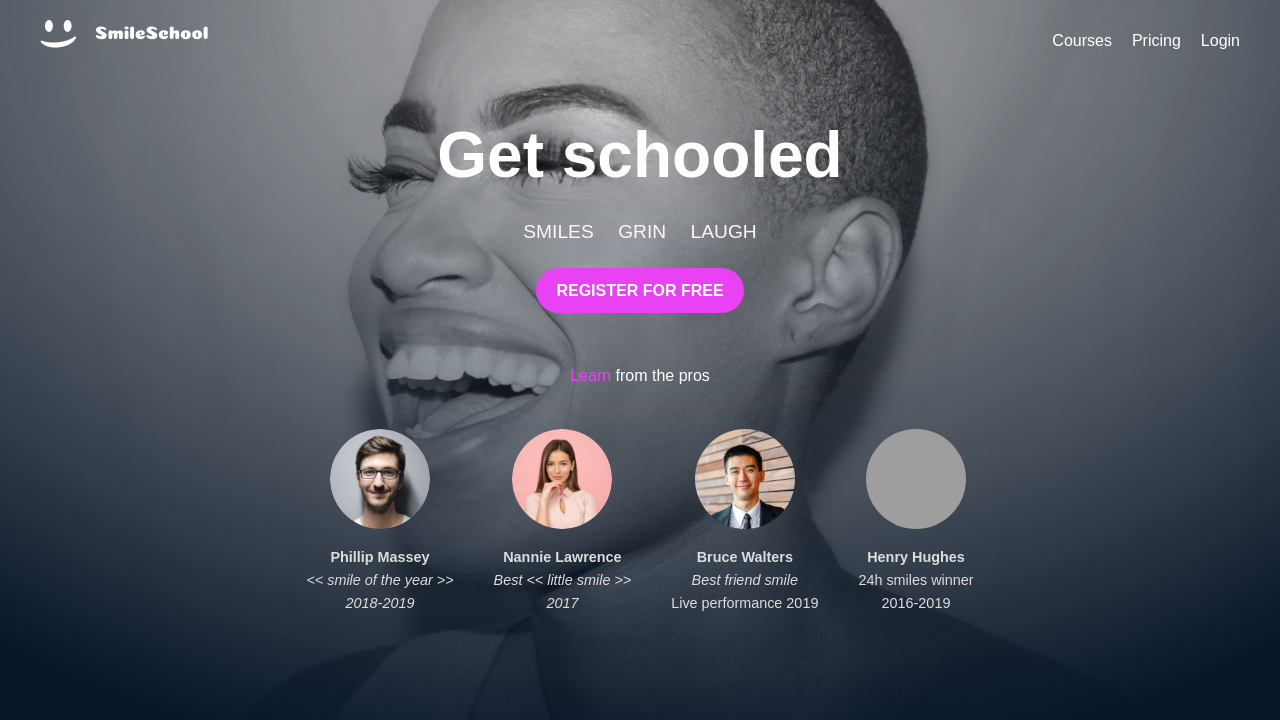
Repository: Patience225/alx_html_css
Page: css_advanced/index.html
These files come from the project's save history. The page is drawn as it stood at one moment and after a run of saves; the edit follows.
The browser window is 1280 px wide. The pictures show the whole page.
Pictures or frames that could not be fetched are drawn as grey boxes.

Above is the page before, as saved 2025-01-03 21:49:50.

### css_advanced/index.html
<!DOCTYPE html>
<html lang="en">
<head>
    <meta charset="UTF-8">
    <meta name="viewport" content="width=device-width, initial-scale=1.0">
    <title>SmileSchool</title>
    <link rel="stylesheet" href="styles.css">
</head>
<body>
    <header class="header">
        <nav class="navbar">
            <div class="logo"> <img src="images/logo.png" alt="Logo" /></div>
            <ul class="nav-links">
                <li><a href="#">Courses</a></li>
                <li><a href="#">Pricing</a></li>
                <li><a href="#">Login</a></li>
            </ul>
        </nav>
    </header>

    <section class="banner">
        <div class="banner-content">
            <h1>Get schooled</h1>
            <div class="subtext">
                <span>SMILES</span>
                <span>GRIN</span>
                <span>LAUGH</span>
            </div>
            <a href="#" class="cta-button">REGISTER FOR FREE</a>
        </div>
        <div class="learn-pros">
            <p> <span>Learn</span> from the pros </p>
        </div>
        <div class="profiles">
            <div class="profile">
                <img src="images/Philip Massey.png" alt="Phillip Massey">
                <p><strong>Phillip Massey</strong><br> <em> << smile of the year >> </em> <br> <em>2018-2019</em> </p>
            </div>
            <div class="profile">
                <img src="images/Nannie Lawrence.png" alt="Nannie Lawrence">
                <p><strong>Nannie Lawrence</strong><br><em>Best << little smile >> </em><br><em>2017</em></p>
            </div>
            <div class="profile">
                <img src="images/Bruce Walters.png" alt="Bruce Walters">
                <p><strong>Bruce Walters</strong><br><em>Best friend smile</em><br>Live performance 2019</p>
            </div>
            <div class="profile">
                <img src="profile4.jpg" alt="Henry Hughes">
                <p><strong>Henry Hughes</strong><br>24h smiles winner<br>2016-2019</p>
            </div>
        </div>
    </section>
</body>
</html>

### css_advanced/styles.css
/* Reset Styles */
* {
  margin: 0;
  padding: 0;
  box-sizing: border-box;
}

body {
  font-family: Arial, sans-serif;
  line-height: 1.6;
  background: #000; /* Fallback background */
  color: white;
}

/* Header */
.header {
  position: absolute;
  top: 0;
  left: 0;
  width: 100%;
  z-index: 10;
  padding: 20px 40px;
}

.navbar {
  display: flex;
  justify-content: space-between;
  align-items: center;
}

.logo {
  font-size: 1.5rem;
  font-weight: bold;
}

.nav-links {
  list-style: none;
  display: flex;
  gap: 20px;
}

.nav-links li a {
  text-decoration: none;
  color: white;
  font-weight: 500;
}

/* Banner Section */
.banner {
  background: url('images/Object.png') no-repeat center/cover;
  height: 100vh;
  display: flex;
  flex-direction: column;
  align-items: center;
  justify-content: center;
  text-align: center;
  position: relative;
  color: white;
}

.banner h1 {
  font-size: 4rem;
  font-weight: bold;
  margin-bottom: 10px;
}

.subtext span {
  margin: 0 10px;
  font-size: 1.2rem;
  color: #fbf7f7;
}

.cta-button {
  display: inline-block;
  background: #e942f5;
  color: white;
  padding: 10px 20px;
  text-decoration: none;
  border-radius: 25px;
  margin: 20px 0;
  font-weight: bold;
}

.learn-pros {
  margin-top: 30px;
}

.learn-pros span {
  color: #e942f5;
}

.profiles {
  display: flex;
  justify-content: center;
  gap: 40px;
  margin-top: 40px;
}

.profile {
  text-align: center;
}

.profile img {
  width: 100px;
  height: 100px;
  border-radius: 50%;
  margin-bottom: 10px;
}

.profile p {
  font-size: 0.9rem;
  color: #ddd;
}

After the next 3 saves:
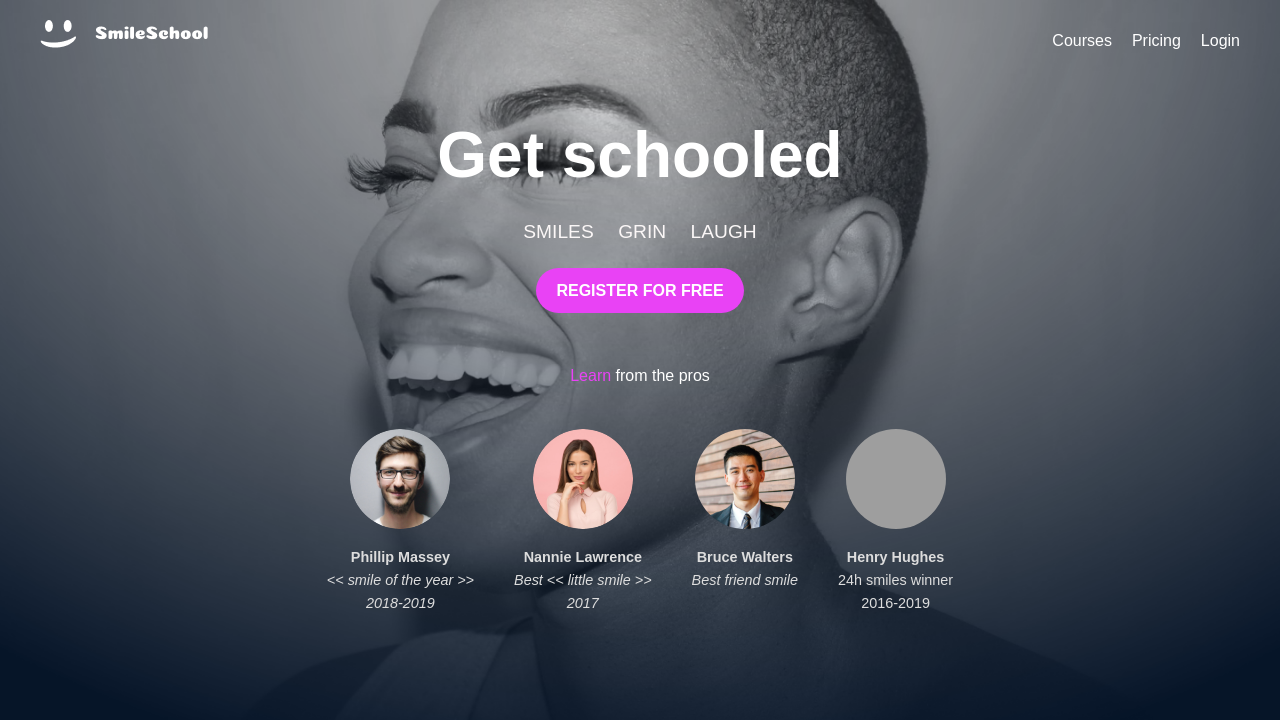
The 3 saves are shown as one change because they came seconds apart.
The last was saved 17 s later.
--- a/css_advanced/index.html
+++ b/css_advanced/index.html
@@ -42,7 +42,7 @@
             </div>
             <div class="profile">
                 <img src="images/Bruce Walters.png" alt="Bruce Walters">
-                <p><strong>Bruce Walters</strong><br><em>Best friend smile</em><br>Live performance 2019</p>
+                <p><strong>Bruce Walters</strong><br><em>Best friend smile</em><br><em></em></p>
             </div>
             <div class="profile">
                 <img src="profile4.jpg" alt="Henry Hughes">

After the save that followed:
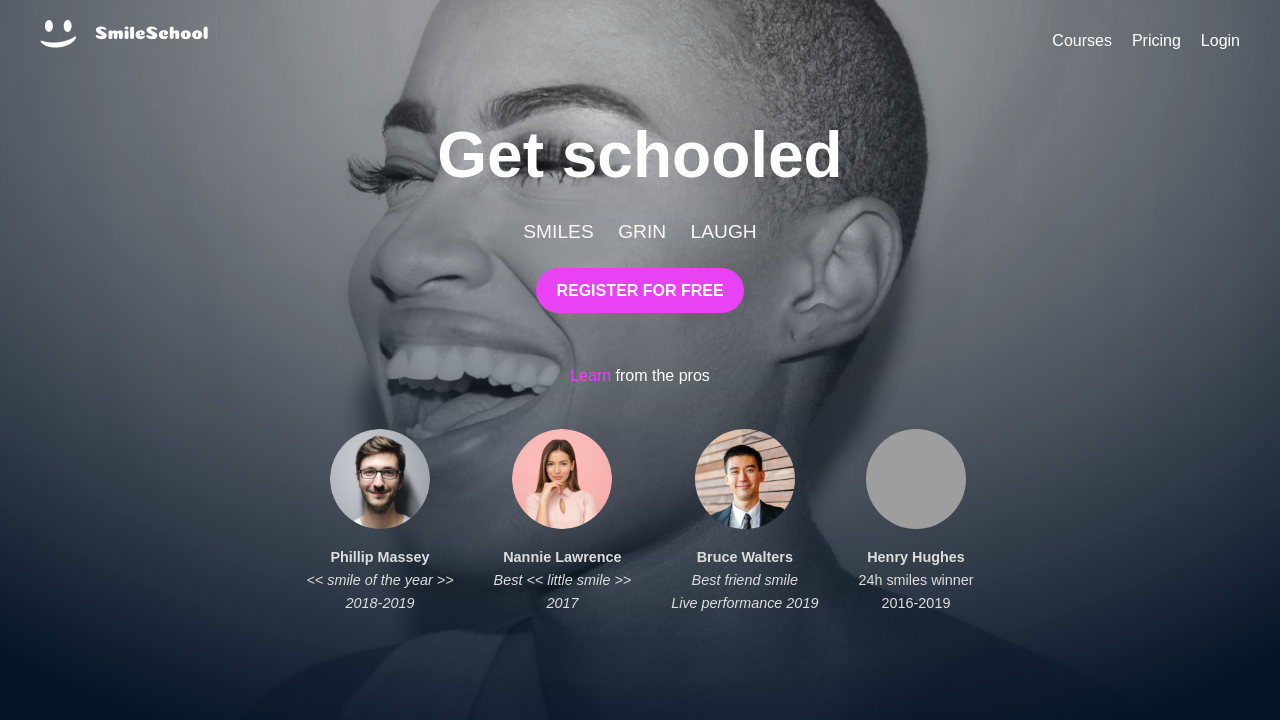
Saved 4 s later.
--- a/css_advanced/index.html
+++ b/css_advanced/index.html
@@ -42,7 +42,7 @@
             </div>
             <div class="profile">
                 <img src="images/Bruce Walters.png" alt="Bruce Walters">
-                <p><strong>Bruce Walters</strong><br><em>Best friend smile</em><br><em></em></p>
+                <p><strong>Bruce Walters</strong><br><em>Best friend smile</em><br><em>Live performance 2019</em></p>
             </div>
             <div class="profile">
                 <img src="profile4.jpg" alt="Henry Hughes">
